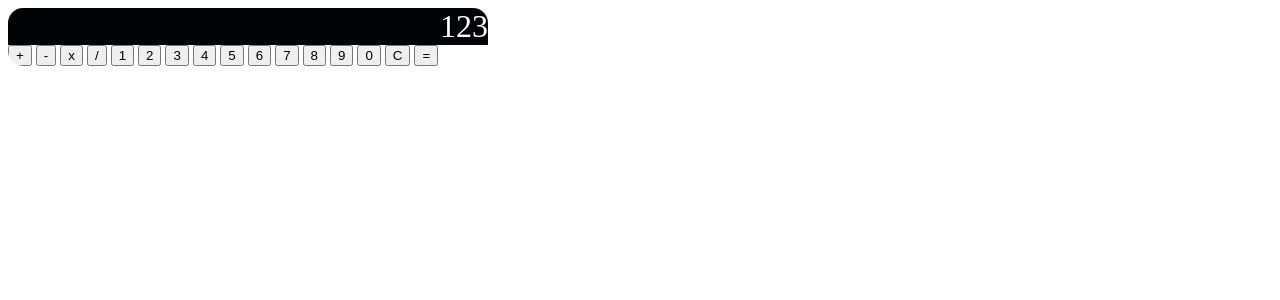
Repository: TEazy2433/LAB-calculator
Page: index.html
An editor plug-in stored every save of this project. The page is shown before and after the next save, followed by the edit.
The browser window is 1280 px wide. The pictures show the whole page.

Above is the page before, as saved 2023-10-14 10:09:57.

### index.html
<!DOCTYPE html>
<html lang="en">
<head>
  <meta charset="UTF-8">
  <meta name="viewport" content="width=device-width, initial-scale=1.0">
  <title>calculator</title>
  <link rel="stylesheet" href="main.css">


</head>
<body>
  <div class="calculator">
    <div class="display">123</div>
    <div class="calculator_keys">
      <button class="calculator_key key--operator">+</button>
      <button class="calculator_key key--operator">-</button>
      <button class="calculator_key key--operator">x</button>
      <button class="calculator_key key--operator">/</button>
      <button class="calculator_key">1</button>
      <button class="calculator_key">2</button>
      <button class="calculator_key">3</button>
      <button class="calculator_key">4</button>
      <button class="calculator_key">5</button>
      <button class="calculator_key">6</button>
      <button class="calculator_key">7</button>
      <button class="calculator_key">8</button>
      <button class="calculator_key">9</button>
      <button class="calculator_key">0</button>
      <button class="calculator_key">C</button>
      <button class="calculator_key key--enter">=</button>
    </div>
  </div>

</body>
</html>

### main.css
.calculator{
  max-inline-size: 30rem;
  border-radius: 15px;
  overflow: hidden;
  display: flex;
  flex-wrap: wrap;


}
.display{
  font-size: 2rem;
  text-align: end;
  background: hsl(210, 100%, 1%);
  color: hsl(255, 100%, 100%);
  width: 100%;
}

.calculator_keys{


}
.calculator_key{

}
.key--operator{

}
.key--enter{

}

After the next save:
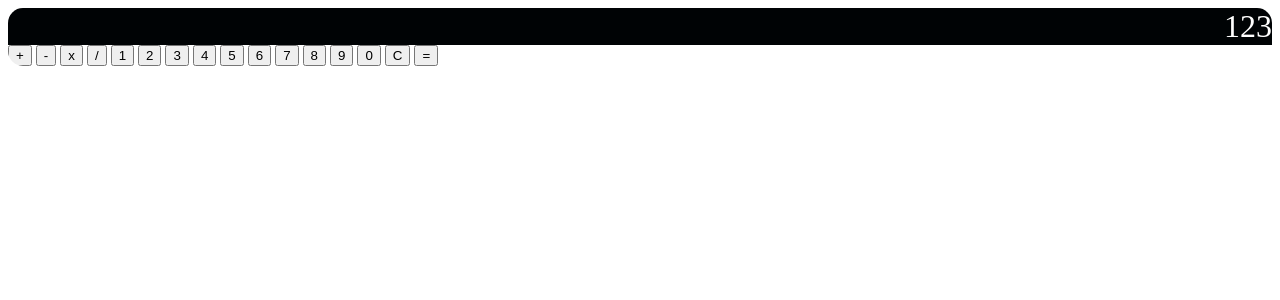
Saved 10 s later.
--- a/main.css
+++ b/main.css
@@ -1,5 +1,4 @@
 .calculator{
-  max-inline-size: 30rem;
   border-radius: 15px;
   overflow: hidden;
   display: flex;
